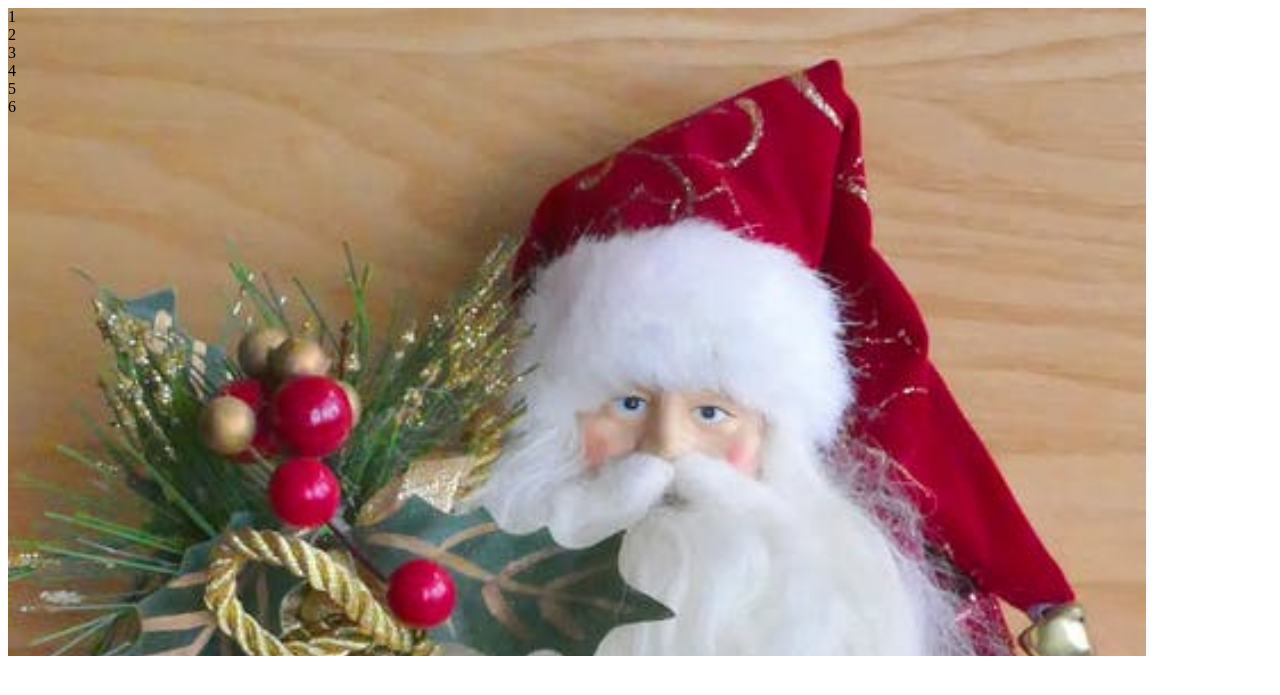
Repository: hindrik40/julprogram-js
Page: advent.html
The author's editor kept a copy of each file at every save. The page is drawn from the files as they stood at one save, then again after the next save.
The browser window is 1280 px wide. The pictures show the whole page.

Above is the page before, as saved 2021-12-14 09:56:05.

### advent.html
<!DOCTYPE html>
<html lang="en">
<head>
    <meta charset="UTF-8">
    <meta http-equiv="X-UA-Compatible" content="IE=edge">
    <meta name="viewport" content="width=device-width, initial-scale=1.0">
    <link rel="stylesheet" href="advent.css">
    <title>julkalender drag and drop</title>
</head>
<body>
    <main id="adventCalender">

    </main>
    <script src="advent.js"></script>
</body>
</html>

### advent.css
main#adventCalender{
    width: 90%;
    height: 90vh;
    background-image: url(images/jul6.jpeg);
    background-size: cover;
}

### advent.js
//!variabler luckor
//!DOM element
const adventCalender = document.getElementById("adventCalender");
//!variabler for the days in a array luckor med bilder
let doors = ["jul1.jpeg", "jul2.jpeg", "jul3.jpeg", "jul4.jpeg", "jul5.jpeg", "jul6.jpeg"];
//!variabler for the days in a array luckor med bilder
//!Itererar igenom arrayen och skapa en räknare
let counter = 1;
doors.forEach((door) => {
    console.log(counter, door);
    //!skapa en div för varje bild
    let div = document.createElement("div");
    //!lägg till en siffra i elementet
    div.textContent = counter;
    //!Lägg till kalendern
    adventCalender.appendChild(div);

    counter++;

})

After the next save:
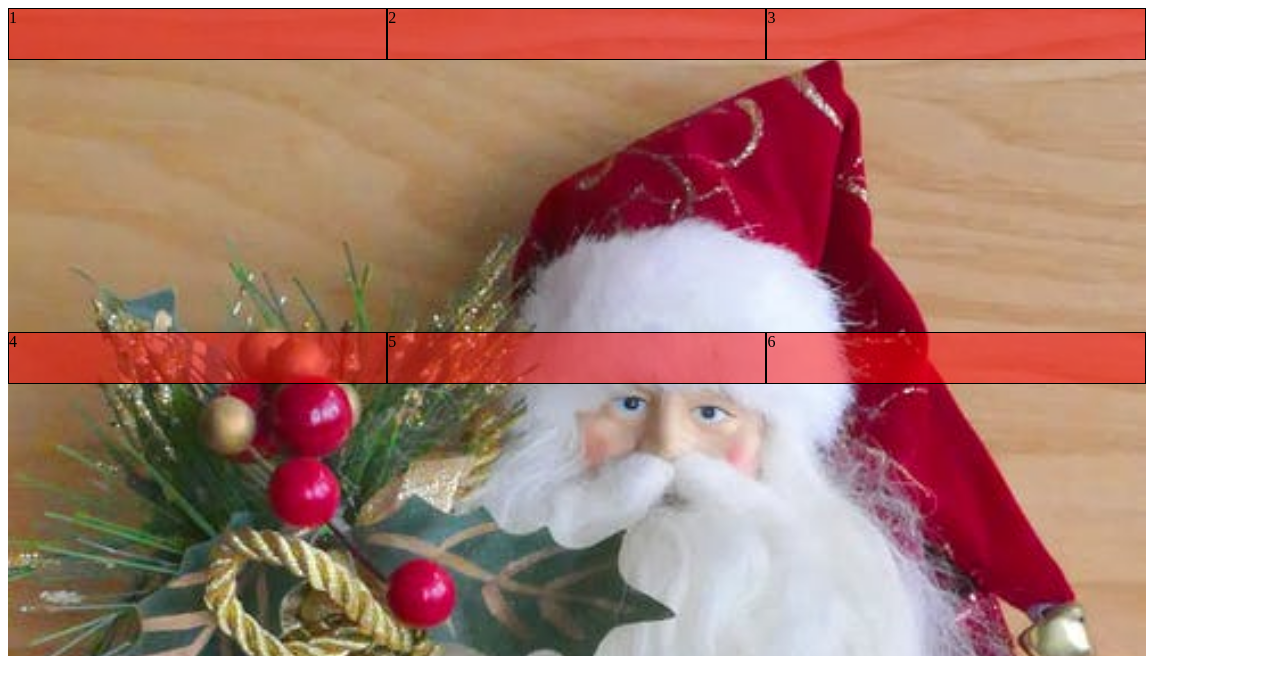
Saved 7 min 46 s later.
--- a/advent.css
+++ b/advent.css
@@ -3,4 +3,15 @@ main#adventCalender{
     height: 90vh;
     background-image: url(images/jul6.jpeg);
     background-size: cover;
+    display: grid;
+    grid-template-columns: 1fr 1fr 1fr;
 }
+main>div{
+   min-width: 50px;
+    height: 50px;
+    border:solid 1px black;
+    background-color: rgba(255,0,0,0.5);
+
+    justify-content: center;
+    align-items: center;
+}
